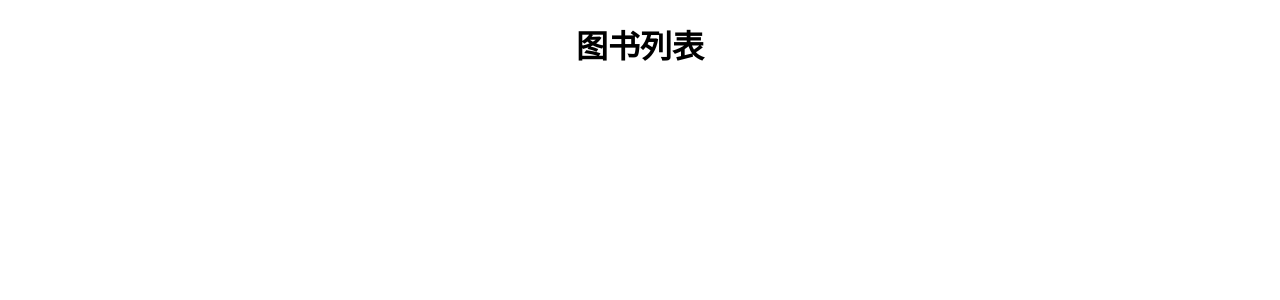
Repository: EthanZmr/myCode
Page: http://localhost/filter_demo/show_book.jsp
The author's editor kept a copy of each file at every save. The page is drawn from the files as they stood at one save, then again after the next save.
The browser window is 1280 px wide. The pictures show the whole page.
The page is served by Tomcat 9. Other server files are loaded and not shown.

Above is the page before, as saved 2018-12-19 21:37:01.

### filter_demo/WebContent/show_book.jsp
<%@ page language="java" contentType="text/html; charset=UTF-8"
    pageEncoding="UTF-8"%>
<!DOCTYPE html>
<html>
<head>
<meta charset="UTF-8">
<title>Insert title here</title>
</head>
<body>
	<h1 align="center">图书列表</h1>
</body>
</html>

### filter_demo/src/com/ethan/encoding/EncodingRequest.java
package com.ethan.encoding;

import java.io.UnsupportedEncodingException;

import javax.servlet.http.HttpServletRequest;
import javax.servlet.http.HttpServletRequestWrapper;

public class EncodingRequest extends HttpServletRequestWrapper{
	private HttpServletRequest req;

	public EncodingRequest(HttpServletRequest request) {
		super(request);
		this.req = request;
	}

	@Override
	public String getParameter(String name) {
		String value = req.getParameter(name);
		try {
			value = new String(value.getBytes("iso-8859-1"), "utf-8");
		} catch (UnsupportedEncodingException e) {
			throw new RuntimeException(e);
		}
		return value;
	}

}

After the next save:
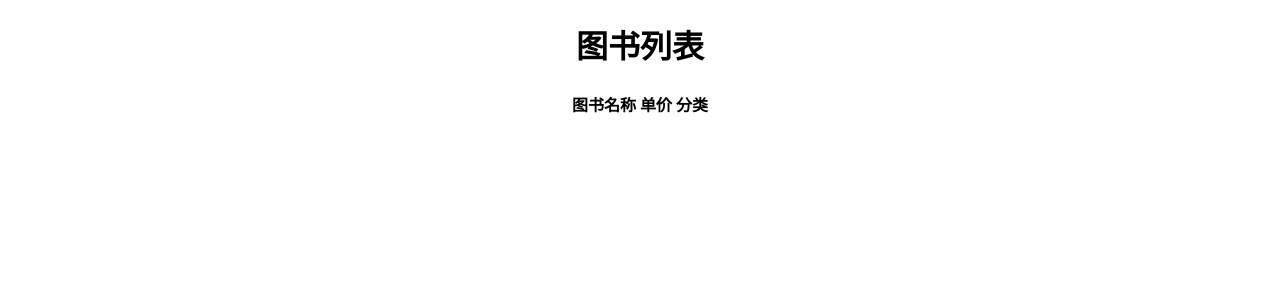
Saved 53 s later.
--- a/filter_demo/WebContent/show_book.jsp
+++ b/filter_demo/WebContent/show_book.jsp
@@ -8,5 +8,12 @@
 </head>
 <body>
 	<h1 align="center">图书列表</h1>
+	<table align="center">
+		<tr>
+			<th>图书名称</th>
+			<th>单价</th>
+			<th>分类</th>
+		</tr>
+	</table>
 </body>
 </html>
